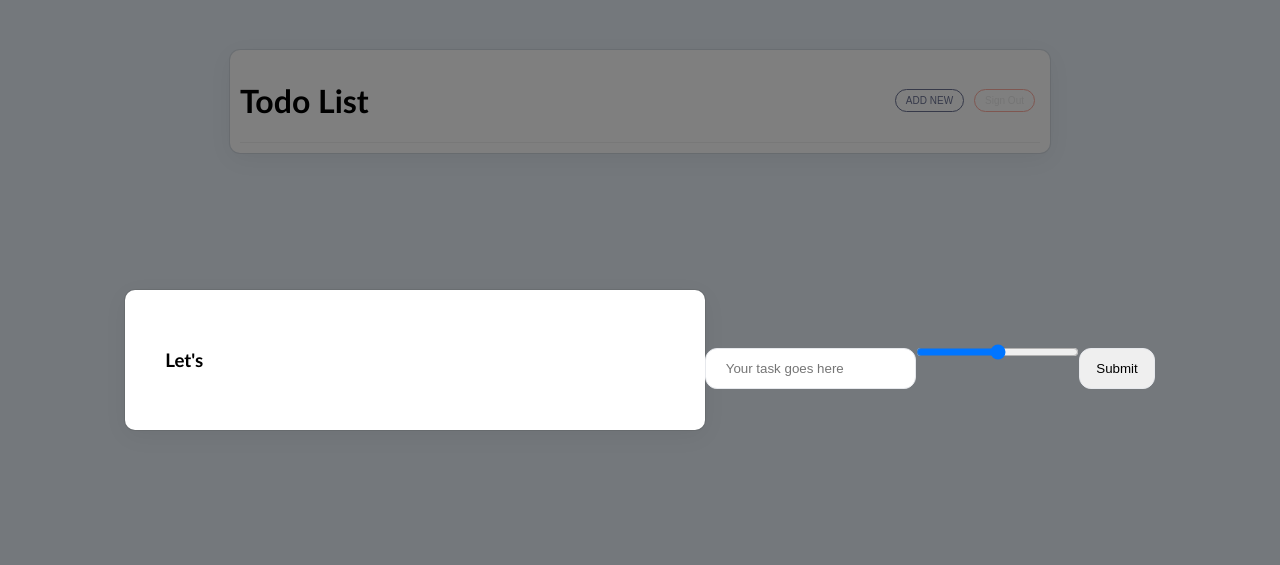
Repository: mosesvk/_todo
Page: / (app in client/)
An editor plug-in stored every save of this project. The page is shown before and after the next save, followed by the edit.
The browser window is 1280 px wide. The pictures show the whole page.
The page's requests for data from a server got no answer. The project was rebuilt for these pictures with package versions that can differ from the ones it lists, and the page was loaded fresh each time. No one was signed in, and anything a server would have sent is missing. Also part of the build but not shown: client/vite.config.js, client/src/components/ProgressBar.jsx, client/src/components/ListItem.jsx. Imported but missing from the stored project, and not drawn on this page: client/src/components/TickIcon.

Above is the page before, as saved 2023-05-01 23:41:10.

After the next save:
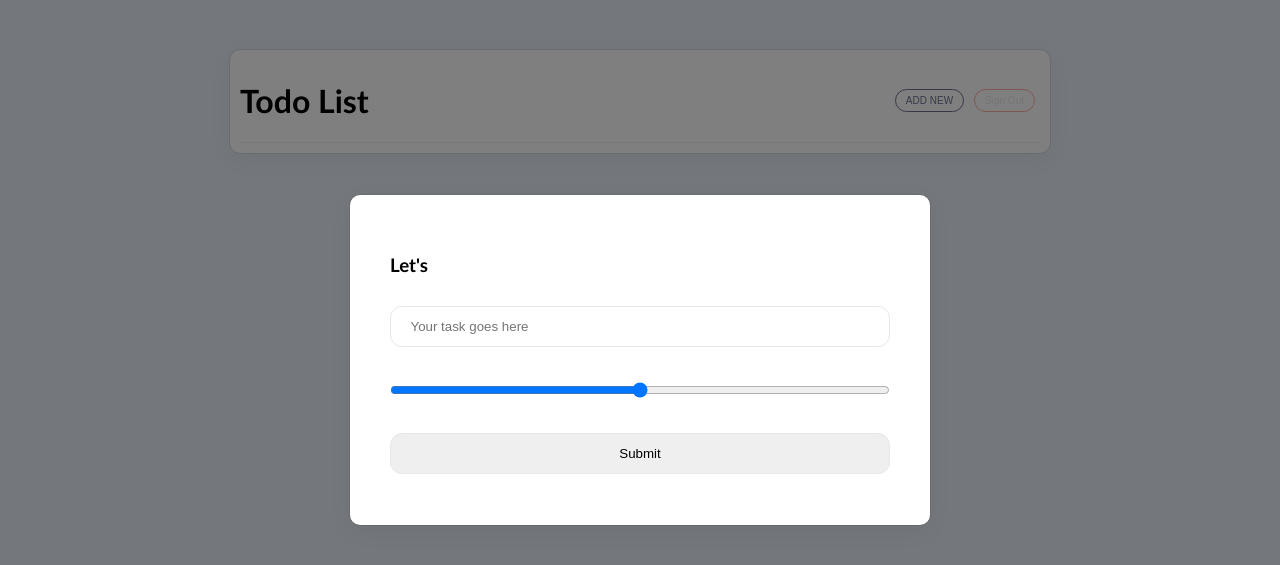
Saved 13 min 43 s later.
--- a/client/src/components/Modal.jsx
+++ b/client/src/components/Modal.jsx
@@ -12,9 +12,8 @@ const Modal = () => {
         <div className='form-title-container'>
           <h3>Let's</h3>
         </div>
-      </div>
 
-      <form>
+        <form>
         <input
           required
           maxLength={30}
@@ -34,6 +33,9 @@ const Modal = () => {
         />
         <input type='submit' />
       </form>
+      </div>
+
+
     </div>
   )
 }
